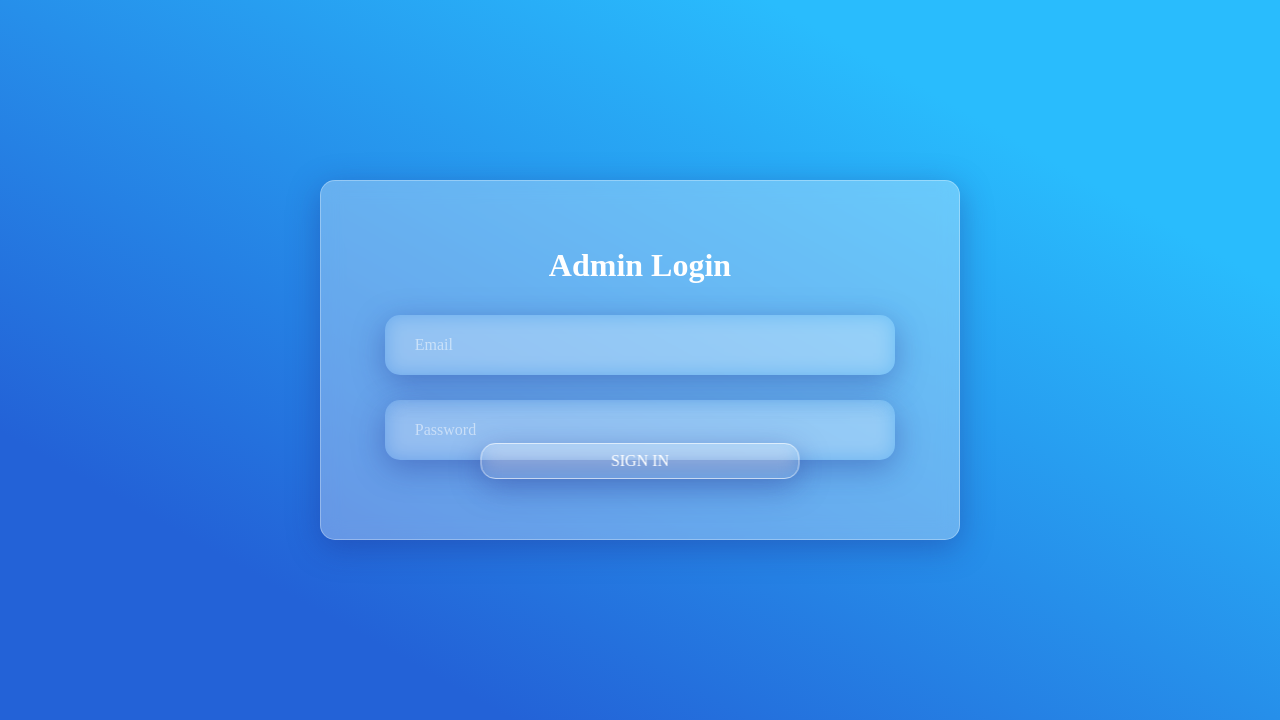
Repository: LEEYONGJUN3068/cms
Page: /login
The author's editor kept a copy of each file at every save. The page is drawn from the files as they stood at one save, then again after the next save.
The browser window is 1280 px wide. The pictures show the whole page.
The page's requests for data from a server got no answer. The project was rebuilt for these pictures with package versions that can differ from the ones it lists, and the page was loaded fresh each time. The framework's server and built-in components were replaced by stand-ins that run in the browser. No one was signed in, and anything a server would have sent is missing. Also part of the build but not shown: next.config.mjs.

Above is the page before, as saved 2025-09-23 15:07:20.

After the next save:
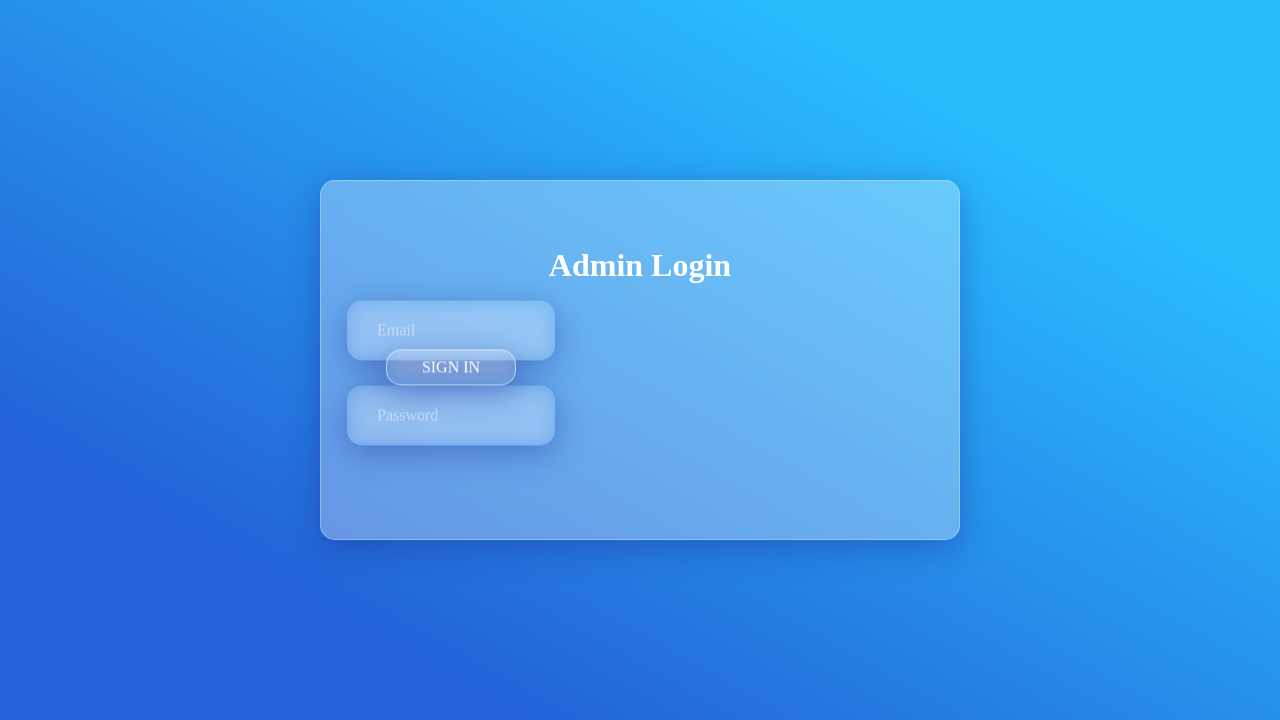
Saved 78 s later.
--- a/src/app/login/login.module.scss
+++ b/src/app/login/login.module.scss
@@ -46,6 +46,9 @@
         }
 
         form{
+            position: absolute;
+            top: 50%;
+            transform: translateY(-50%);
             display: flex;
             flex-direction: column;
             justify-content: center;
